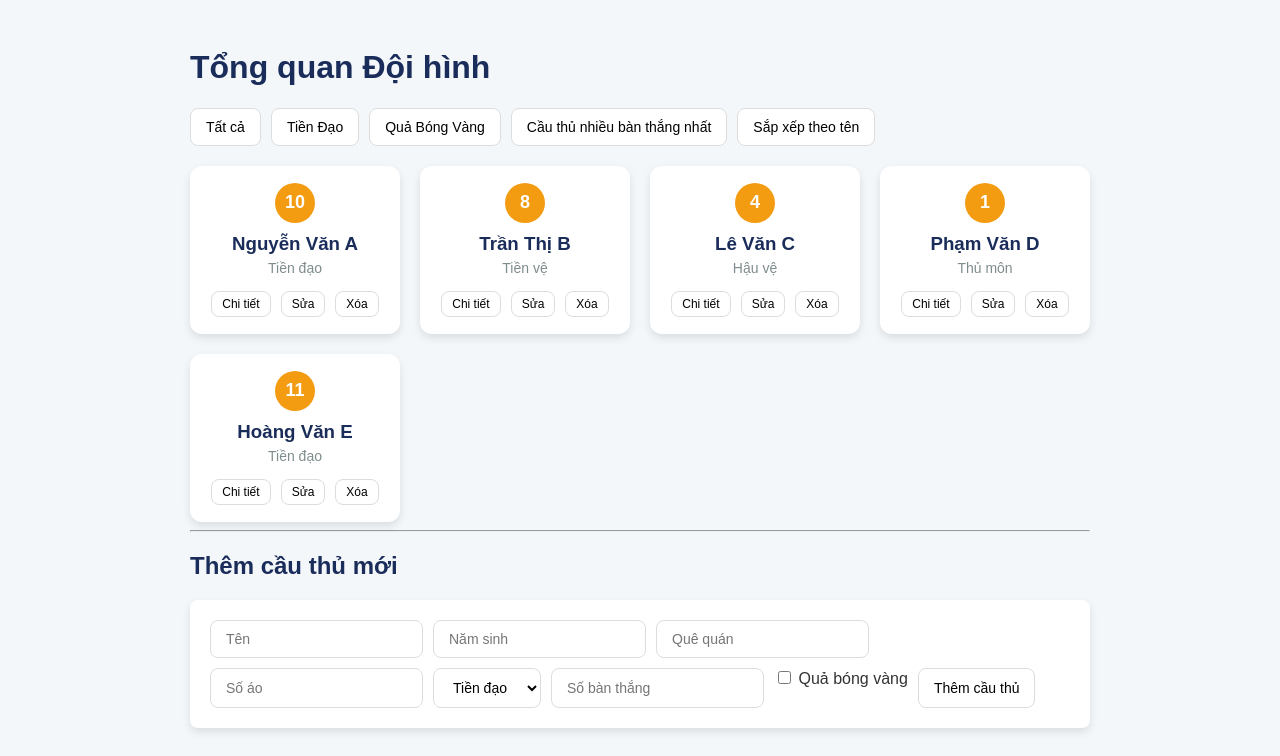
Repository: binhphanbp/ECMAScript_WEB501_WD20301
Page: Lab/Lab6-final/index.html
These files come from the project's save history. The page is drawn as it stood at one moment and after the next save; the edit follows.
The browser window is 1280 px wide. The pictures show the whole page.

Above is the page before, as saved 2025-10-14 08:43:54.

After the next save:
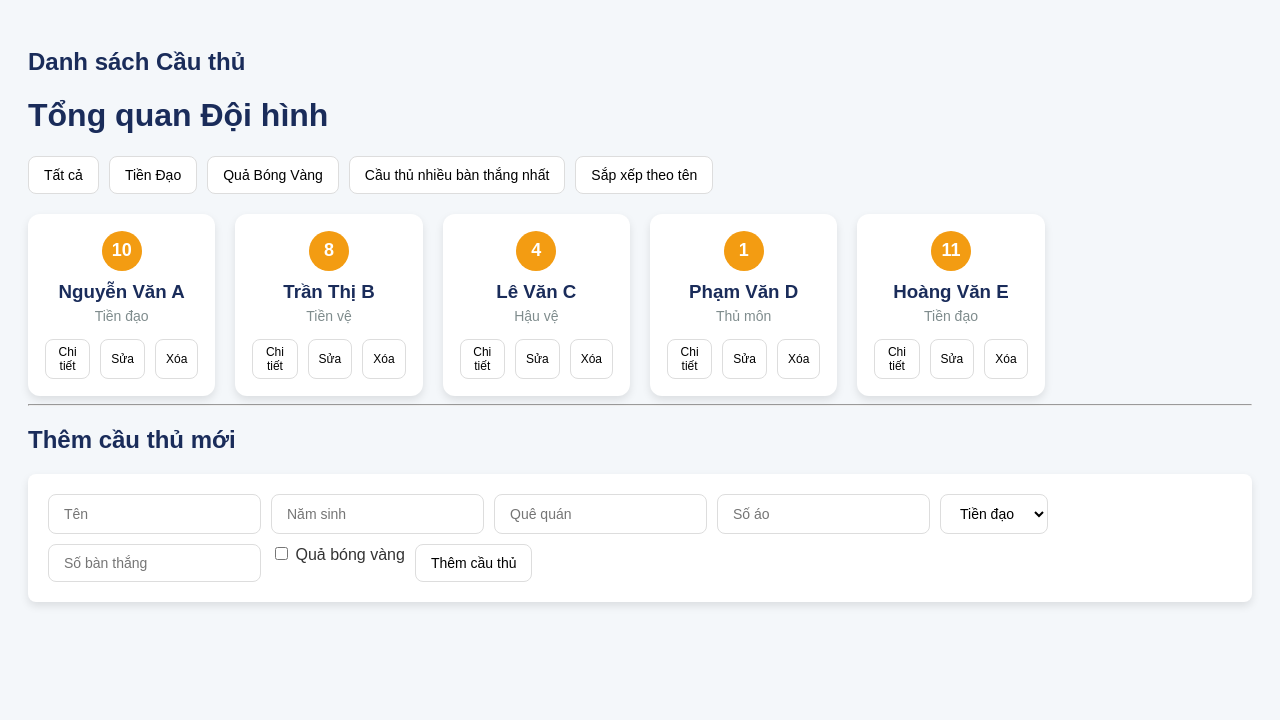
Saved 6 min 35 s later.
--- a/Lab/Lab6-final/index.html
+++ b/Lab/Lab6-final/index.html
@@ -7,37 +7,47 @@
     <link rel="stylesheet" href="style.css" />
   </head>
   <body>
-    <div class="container">
-      <h1>Tổng quan Đội hình</h1>
-      <div class="controls">
-        <button id="btn-all">Tất cả</button>
-        <button id="btn-forwards">Tiền Đạo</button>
-        <button id="btn-golden-ball">Quả Bóng Vàng</button>
-        <button id="btn-top-scorer">Cầu thủ nhiều bàn thắng nhất</button>
-        <button id="btn-sort-by-name">Sắp xếp theo tên</button>
-      </div>
-      <div id="player-list" class="player-grid"></div>
+    <div class="app-layout">
+      <aside class="sidebar">
+        <div class="sidebar-header">
+          <h2>Danh sách Cầu thủ</h2>
+        </div>
+        <ul id="sidebar-player-list" class="sidebar-list"></ul>
+      </aside>
 
-      <hr />
+      <main class="main-content">
+        <h1>Tổng quan Đội hình</h1>
+        <div class="controls">
+          <button id="btn-all">Tất cả</button>
+          <button id="btn-forwards">Tiền Đạo</button>
+          <button id="btn-golden-ball">Quả Bóng Vàng</button>
+          <button id="btn-top-scorer">Cầu thủ nhiều bàn thắng nhất</button>
+          <button id="btn-sort-by-name">Sắp xếp theo tên</button>
+        </div>
 
-      <h2>Thêm cầu thủ mới</h2>
-      <form id="add-player-form">
-        <input type="text" id="name" placeholder="Tên" required />
-        <input type="number" id="birthYear" placeholder="Năm sinh" required />
-        <input type="text" id="hometown" placeholder="Quê quán" required />
-        <input type="number" id="jerseyNumber" placeholder="Số áo" required />
-        <select id="position" required>
-          <option value="Tiền đạo">Tiền đạo</option>
-          <option value="Tiền vệ">Tiền vệ</option>
-          <option value="Hậu vệ">Hậu vệ</option>
-          <option value="Thủ môn">Thủ môn</option>
-        </select>
-        <input type="number" id="goals" placeholder="Số bàn thắng" required />
-        <label>
-          <input type="checkbox" id="isBallonDorWinner" /> Quả bóng vàng
-        </label>
-        <button type="submit">Thêm cầu thủ</button>
-      </form>
+        <div id="player-list" class="player-grid"></div>
+
+        <hr />
+
+        <h2>Thêm cầu thủ mới</h2>
+        <form id="add-player-form">
+          <input type="text" id="name" placeholder="Tên" required />
+          <input type="number" id="birthYear" placeholder="Năm sinh" required />
+          <input type="text" id="hometown" placeholder="Quê quán" required />
+          <input type="number" id="jerseyNumber" placeholder="Số áo" required />
+          <select id="position" required>
+            <option value="Tiền đạo">Tiền đạo</option>
+            <option value="Tiền vệ">Tiền vệ</option>
+            <option value="Hậu vệ">Hậu vệ</option>
+            <option value="Thủ môn">Thủ môn</option>
+          </select>
+          <input type="number" id="goals" placeholder="Số bàn thắng" required />
+          <label>
+            <input type="checkbox" id="isBallonDorWinner" /> Quả bóng vàng
+          </label>
+          <button type="submit">Thêm cầu thủ</button>
+        </form>
+      </main>
     </div>
 
     <script type="module" src="js/main.js"></script>
